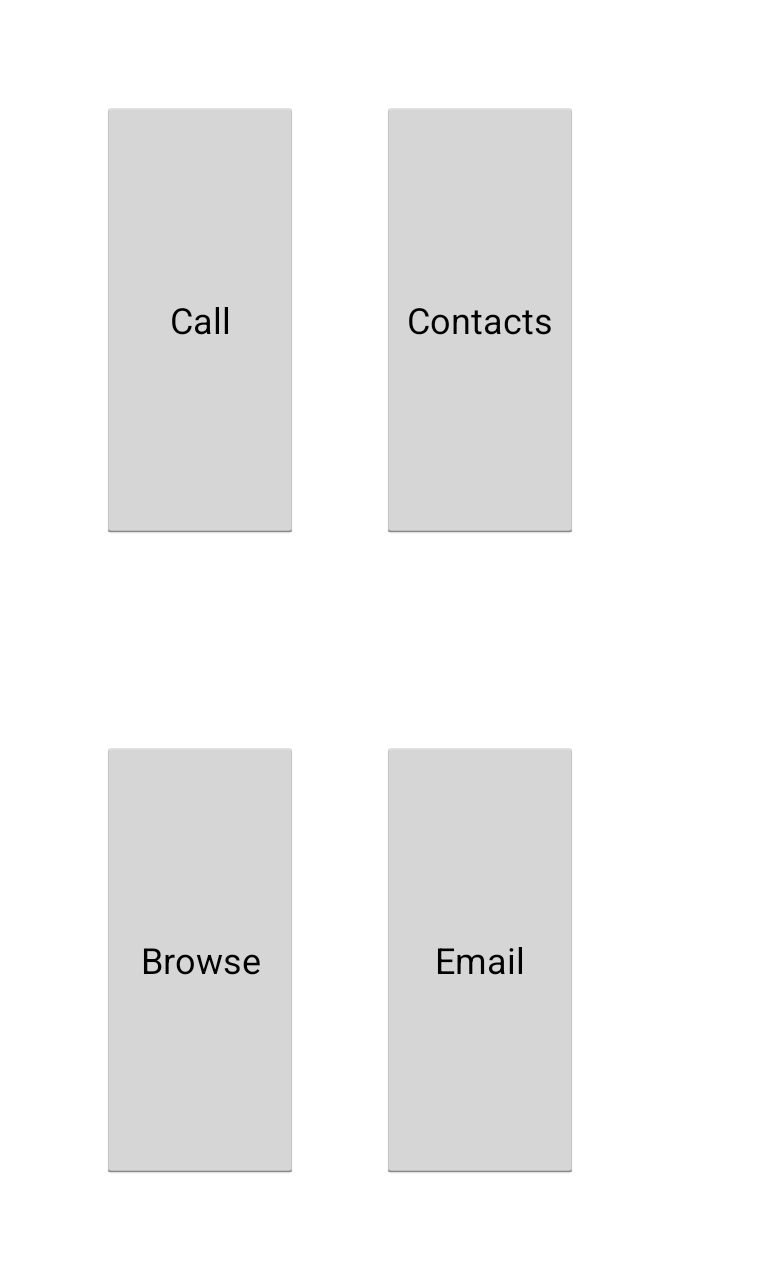
Repository: AnithaGorli/Android
Layout: ImplicitIntentApplication/res/layout/implicitintent.xml
The author's editor kept a copy of each file at every save. The layout is drawn from the files as they stood at one save, then again after the next save.
It is drawn on a 768 x 1280 px phone screen (xhdpi) without system bars, with theme AppTheme; the app's code is not run.

Above is the layout before, as saved 2014-09-10 10:11:48.

### ImplicitIntentApplication/res/layout/implicitintent.xml
<?xml version="1.0" encoding="utf-8"?>
<LinearLayout xmlns:android="http://schemas.android.com/apk/res/android"
    android:layout_width="match_parent"
    android:layout_height="match_parent"
    android:orientation="vertical"
    android:weightSum="2">


    <LinearLayout
        android:id="@+id/l1"
         android:layout_width="match_parent"
    android:layout_height="wrap_content"
    android:orientation="horizontal"
    android:layout_weight="1"
    android:layout_margin="30dp"
     >
    <Button
         android:id="@+id/call_btn"
          android:layout_width="100dp"
        android:layout_height="match_parent"
        android:text="@string/call"
        android:layout_margin="20dp"/>



    <Button
         android:id="@+id/contacts_btn"
         android:layout_width="100dp"
        android:layout_height="match_parent"
        android:text="@string/contacts"
        android:layout_margin="20dp"/>


     </LinearLayout>


    <LinearLayout
        android:id="@+id/l2"
         android:layout_width="match_parent"
    android:layout_height="wrap_content"
    android:orientation="horizontal"
    android:layout_weight="1"
    android:layout_margin="30dp" >

    <Button
         android:id="@+id/browse_btn"
         android:layout_width="100dp"
        android:layout_height="match_parent"
        android:text="@string/browse"
        android:layout_margin="20dp"/>
    <Button
         android:id="@+id/email_btn"
          android:layout_width="100dp"
        android:layout_height="match_parent"
        android:text="@string/email"
        android:layout_margin="20dp"/>

    </LinearLayout>
</LinearLayout>

### ImplicitIntentApplication/res/values/strings.xml
<resources>

    <string name="app_name">ImplicitIntentApplication</string>
     <string name="call">Call</string>
       <string name="email">Email</string>
    <string name="contacts">Contacts</string>
    <string name="browse">Browse</string>
<string name="choose">there is no contacts</string>
</resources>

Loaded but not shown: ImplicitIntentApplication/res/values/styles.xml (common file); ImplicitIntentApplication/res/values-v11/styles.xml (common file); ImplicitIntentApplication/res/values-v14/styles.xml (common file)

After the next save:
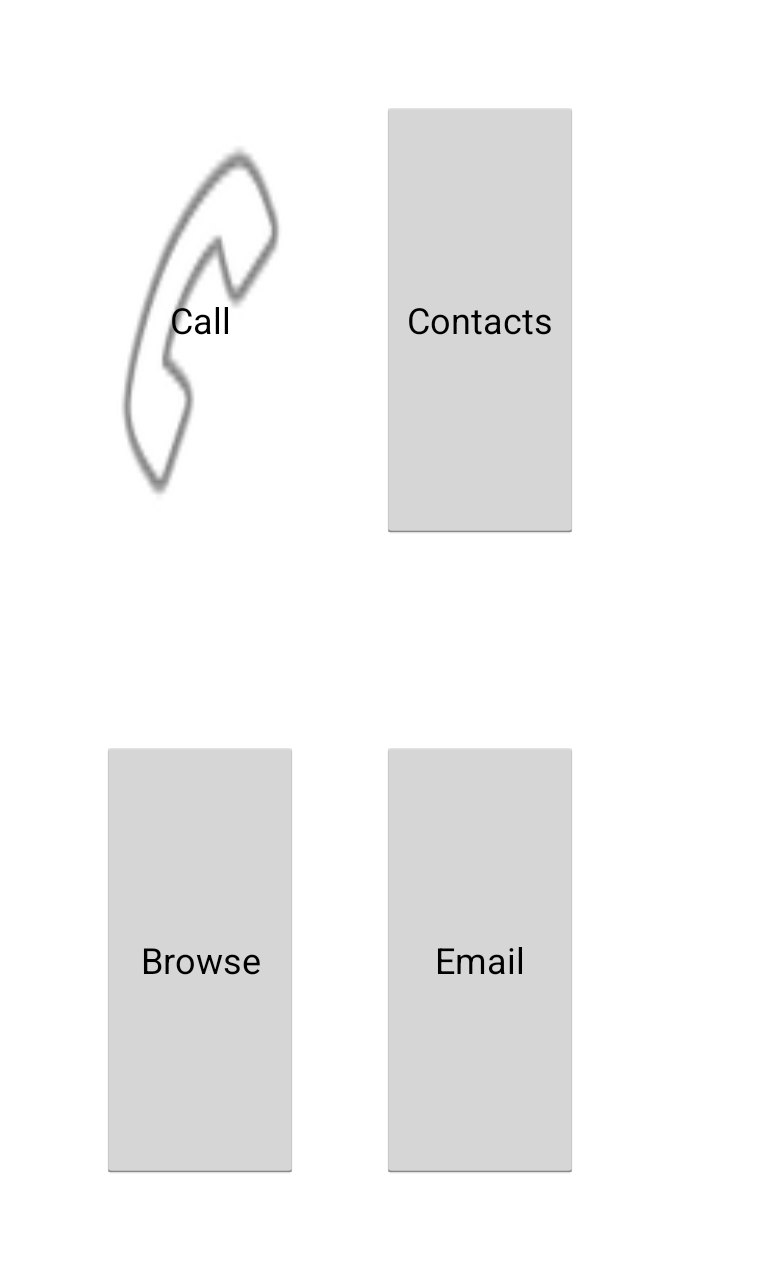
Saved 81 s later.
--- a/ImplicitIntentApplication/res/layout/implicitintent.xml
+++ b/ImplicitIntentApplication/res/layout/implicitintent.xml
@@ -19,7 +19,8 @@
           android:layout_width="100dp"
         android:layout_height="match_parent"
         android:text="@string/call"
-        android:layout_margin="20dp"/>
+        android:layout_margin="20dp"
+        android:background="@android:drawable/ic_menu_call"/>
 
 
 
